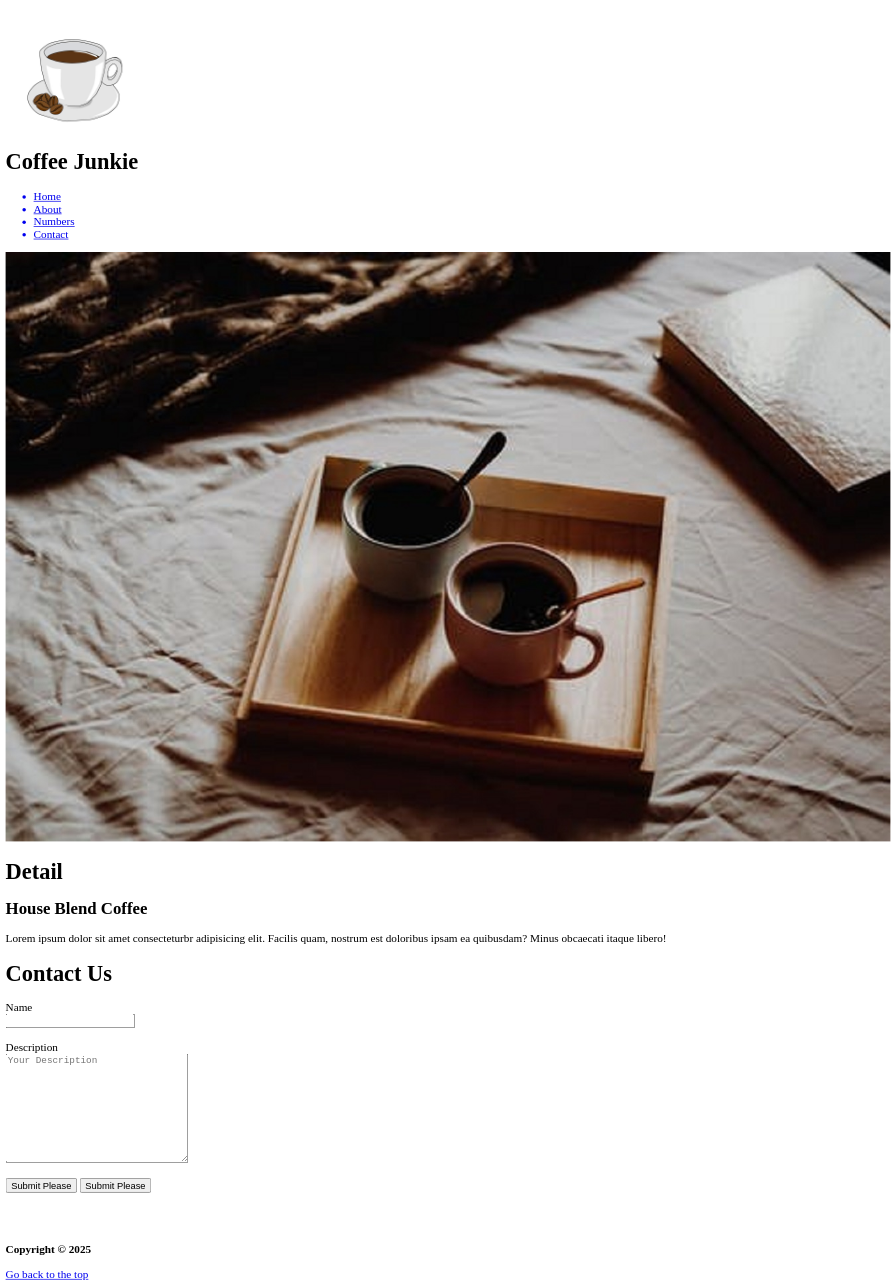
Repository: Tranghii/HTML-CSS
Page: HTML&CSS/miniExercise/index.html
The author's editor kept a copy of each file at every save. The page is drawn from the files as they stood at one save, then again after a run of saves.
The browser window is 1280 px wide. The pictures show the whole page, at 70% of full size.

Above is the page before, as saved 2025-10-11 22:17:29.

After the next 2 saves:
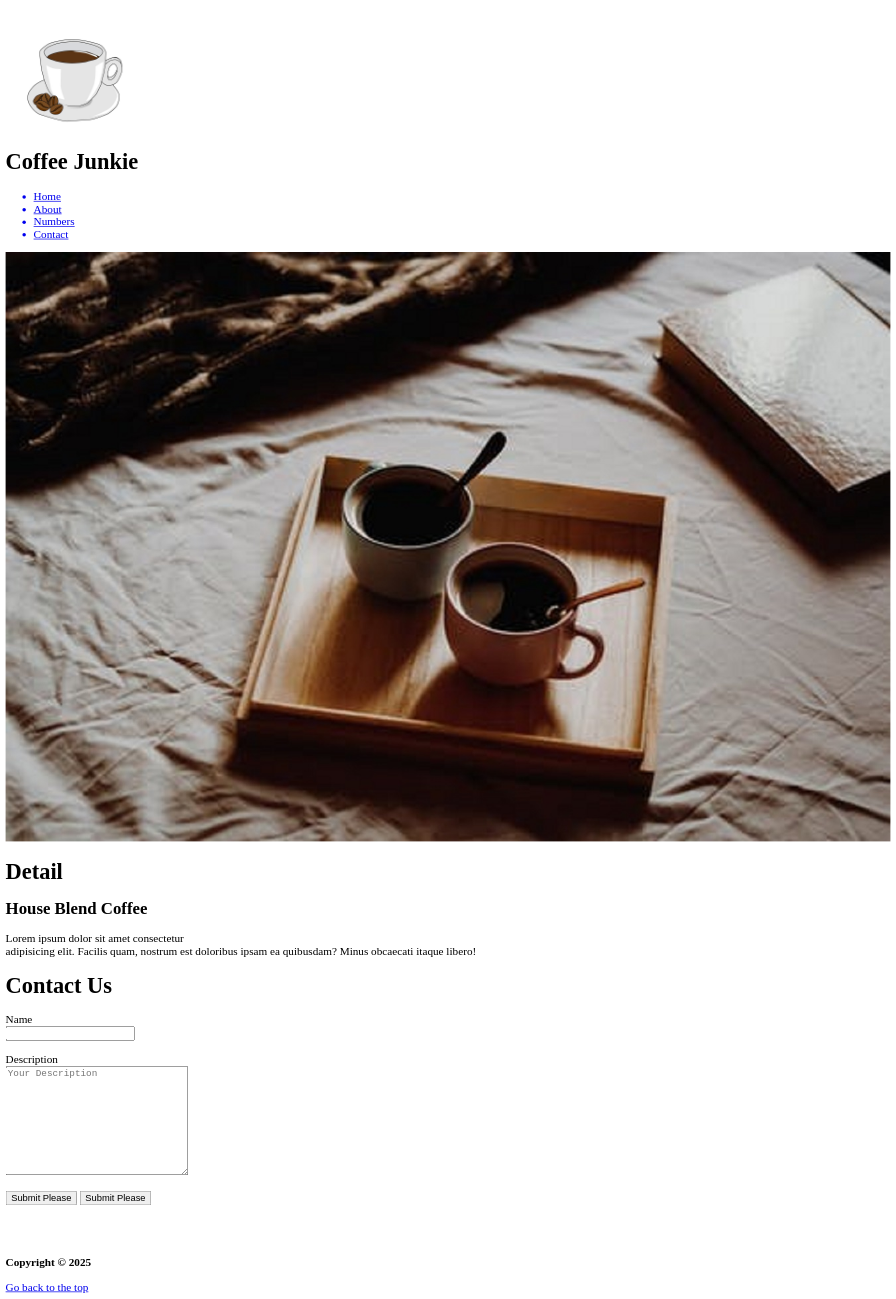
The 2 saves are shown as one change because they came seconds apart.
The last was saved 6 s later.
--- a/HTML&CSS/miniExercise/index.html
+++ b/HTML&CSS/miniExercise/index.html
@@ -20,7 +20,8 @@
         <div id="Detail">
             <h1>Detail</h1>
             <h2>House Blend Coffee</h2>
-            <p>Lorem ipsum dolor sit amet consecteturbr adipisicing elit. Facilis quam, nostrum est doloribus ipsam ea quibusdam? Minus obcaecati itaque libero!</p>
+            <p>Lorem ipsum dolor sit amet consectetur <br>
+                 adipisicing elit. Facilis quam, nostrum est doloribus ipsam ea quibusdam? Minus obcaecati itaque libero!</p>
             <form action="">
                 <h1>Contact Us</h1>
                 <label for="">Name</label> <br>
